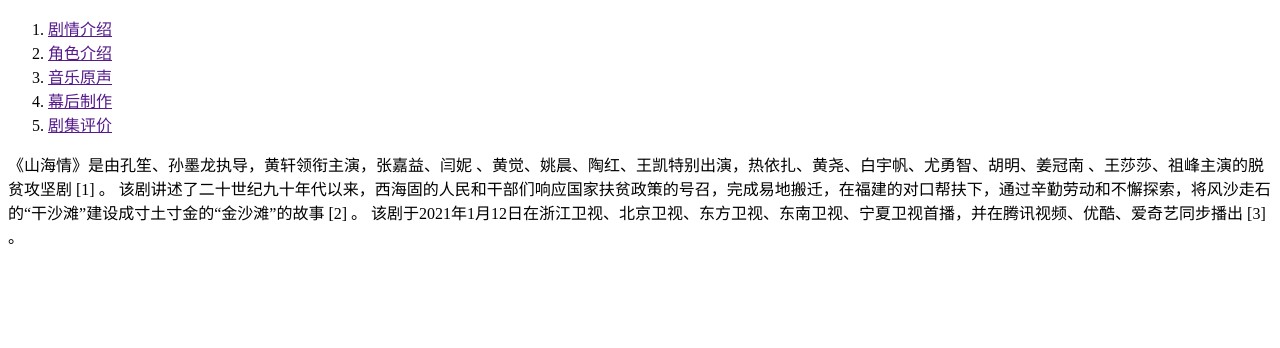
Repository: Lixianlai-2/static-website
Page: index.html
These files come from the project's save history. The page is drawn as it stood at one moment and after the next save; the edit follows.
The browser window is 1280 px wide. The pictures show the whole page.

Above is the page before, as saved 2021-11-29 23:09:40.

### index.html
<!DOCTYPE html>
<html lang="zh-CN">
  <head>
    <meta charset="UTF-8" />
    <meta http-equiv="X-UA-Compatible" content="IE=edge" />
    <meta
      name="viewport"
      content="width=device-width, initial-scale=1.0"
      content="ie=edge"
    />
    <title>山海情</title>

    <style>
      img {
        max-width: 100%;
      }
    </style>
  </head>
  <body>
    <nav>
      <ol>
        <li><a href="">剧情介绍</a></li>
        <li><a href="">角色介绍</a></li>
        <li><a href="">音乐原声</a></li>
        <li><a href="">幕后制作</a></li>
        <li><a href="">剧集评价</a></li>
      </ol>
    </nav>

    <p>
      《山海情》是由孔笙、孙墨龙执导，黄轩领衔主演，张嘉益、闫妮
      、黄觉、姚晨、陶红、王凯特别出演，热依扎、黄尧、白宇帆、尤勇智、胡明、姜冠南
      、王莎莎、祖峰主演的脱贫攻坚剧 [1] 。
      该剧讲述了二十世纪九十年代以来，西海固的人民和干部们响应国家扶贫政策的号召，完成易地搬迁，在福建的对口帮扶下，通过辛勤劳动和不懈探索，将风沙走石的“干沙滩”建设成寸土寸金的“金沙滩”的故事
      [2] 。
      该剧于2021年1月12日在浙江卫视、北京卫视、东方卫视、东南卫视、宁夏卫视首播，并在腾讯视频、优酷、爱奇艺同步播出
      [3] 。
    </p>

    <h1></h1>
  </body>
</html>

After the next save:
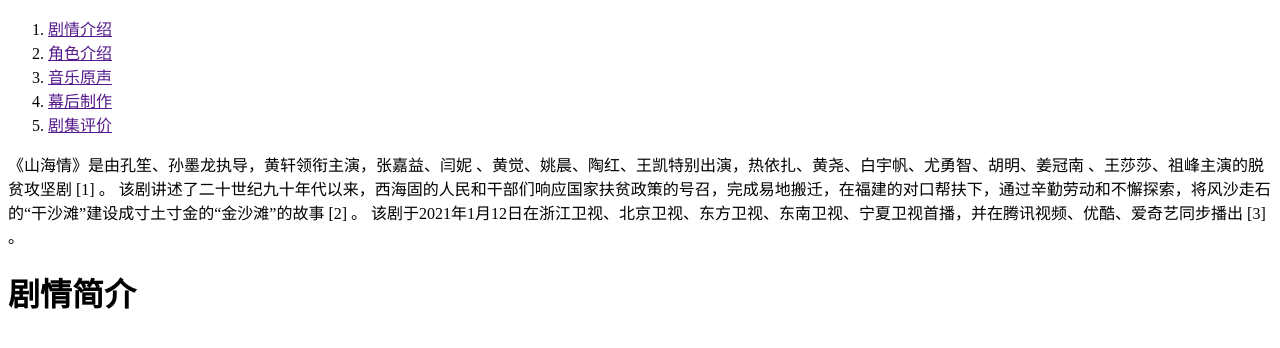
Saved 9 s later.
--- a/index.html
+++ b/index.html
@@ -37,6 +37,7 @@
       [3] 。
     </p>
 
-    <h1></h1>
+    <h1>剧情简介</h1>
+    <p></p>
   </body>
 </html>
